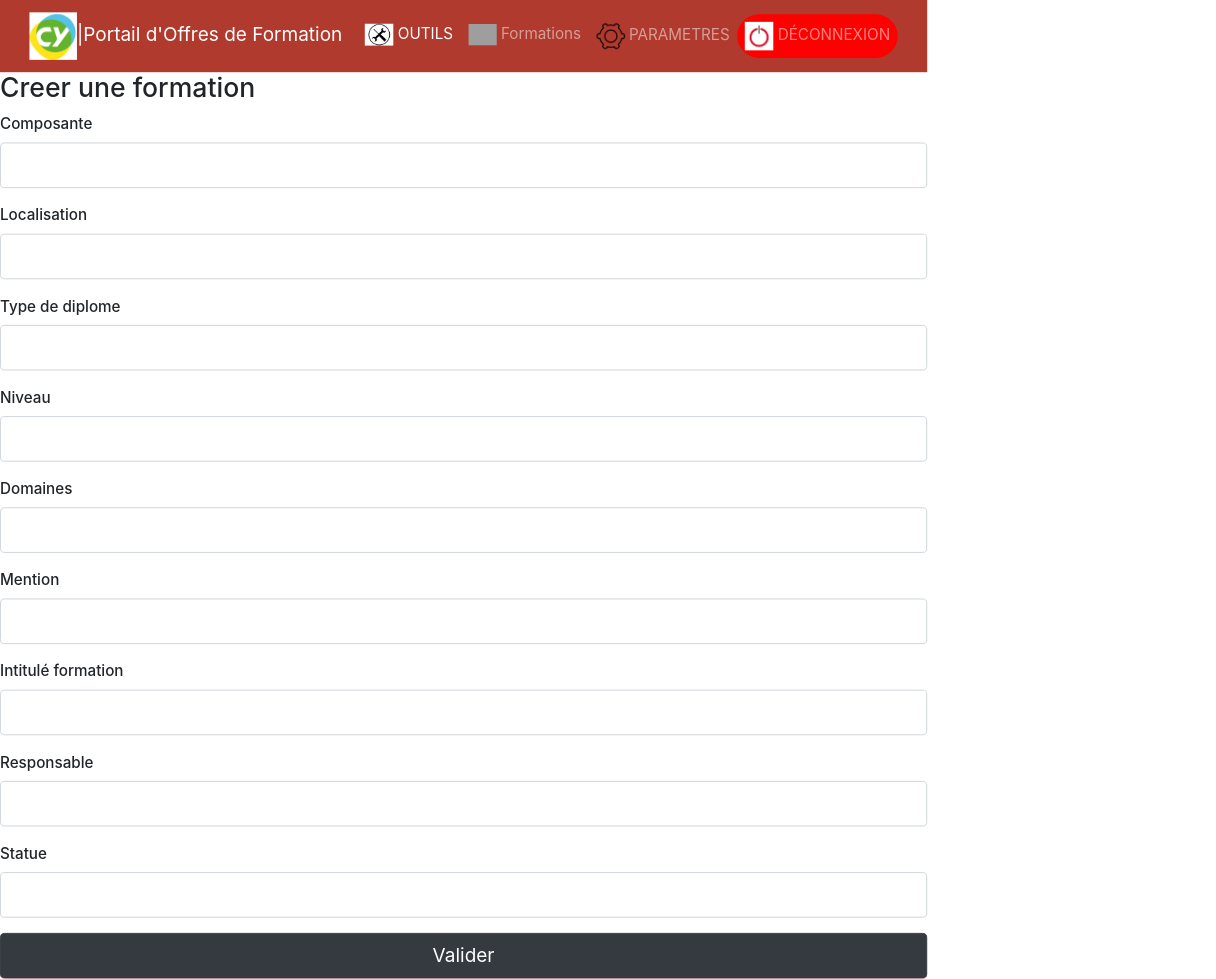
Repository: BaldeThierno1990/Projet-1-formation-tableau-generique-vue-export
Page: / (app in mcc/)
These files come from the project's save history. The page is drawn as it stood at one moment and after the next save; the edit follows.
The browser window is 1280 px wide. The pictures show the whole page, at 95% of full size.
Pictures or frames that could not be fetched are drawn as grey boxes. The project was rebuilt for these pictures with package versions that can differ from the ones it lists, and the page was loaded fresh each time.

Above is the page before, as saved 2021-03-29 11:51:44.

### mcc/src/main.js
import Vue from 'vue'
import App from './App.vue'
import VueRouter from 'vue-router'
//Bootstrap
import 'bootstrap';
import 'bootstrap/dist/css/bootstrap.min.css';
import '@/assets/css/main.css'

Vue.use(VueRouter)

Vue.config.productionTip = false

new Vue({
  render: h => h(App),
}).$mount('#app')

### mcc/src/App.vue
<template>
  <div id="app">
    <v-header></v-header>
   <creat-form></creat-form>

  </div>
</template>

<script>

import VHeader from "./components/menu/VHeader.vue";


import CreatForm from './components/tableau/Creat-form.vue';

export default {
  name: "App",
  components: {
    VHeader,
    CreatForm,


  },
};
</script>

<style>
#app {
  font-family: Avenir, Helvetica, Arial, sans-serif;
  -webkit-font-smoothing: antialiased;
  -moz-osx-font-smoothing: grayscale;
  text-align: center;
  color: #2c3e50;
}
#nav {
  padding: 30px;
}
/*Pour tous les appareils équipés d'écrans et dont la taille est inférieure à 780px*/
@media screen and (max-width: 780px){
    body{
        background-color: #848; /*Violet*/
  }
    .conteneur-flex{
        flex-flow: column wrap;
    }
}

### mcc/src/assets/css/main.css
* {
    box-sizing: border-box;
  }

  body {

    min-height: 100vh;
    display: flex;
    font-weight: 400;
  }

  body,
  html,
  .App,
  .vue-tempalte,
  .vertical-center {
    width: 100%;
    height: 100%;
  }



  .vertical-center {
    display: flex;
    text-align: left;
    justify-content: center;
    flex-direction: column;
  }

  .inner-block {
    width: 450px;
    margin: auto;
    background: #ffffff;
    box-shadow: 0px 14px 80px rgba(34, 35, 58, 0.2);
    padding: 40px 55px 45px 55px;
    border-radius: 15px;
    transition: all .3s;
  }

  .vertical-center .form-control:focus {
    border-color: #2554FF;
    box-shadow: none;
  }

  .vertical-center h3 {
    text-align: center;
    margin: 0;
    line-height: 1;
    padding-bottom: 20px;
  }

  label {
    font-weight: 500;
  }

### mcc/src/components/menu/VHeader.vue
<template>
  <div class="header">
    <!-- Navigation -->
    <nav class="navbar navbar-expand-lg navbar-dark static-top" id="nav">
      <div class="container">
        <a class="navbar-brand" href="#">
          <img src="@/assets/logo.jpg" alt="Logo" width="50" />|Portail d'Offres
          de Formation
        </a>
        <button
          class="navbar-toggler"
          type="button"
          data-toggle="collapse"
          data-target="#navbarResponsive"
          aria-controls="navbarResponsive"
          aria-expanded="false"
          aria-label="Toggle navigation"
        >
          <span class="navbar-toggler-icon"></span>
        </button>
        <div class="collapse navbar-collapse" id="navbarResponsive">
          <ul class="navbar-nav ml-auto">
            <li class="nav-item active">
              <a class="nav-link" href="#">
                <img src="@/assets/icone_outils.jpg" alt="Outils" width="30" />
                OUTILS
                <span class="sr-only">(current)</span>
              </a>
            </li>

            <li class="nav-item">
              <a class="nav-link" href="#"
                ><img
                  src="@/assets/icone_formation.png"
                  alt="Formation"
                  width="30"
                />
                Formations</a
              >
            </li>
            <li class="nav-item">
              <a class="nav-link" href="#"
                ><img
                  src="@/assets/icone_parametre.png"
                  alt="Parametre"
                  width="30"
                />
                PARAMETRES</a
              >
            </li>
            <li class="nav-item">
              <a id="out" class="nav-link" href="#">
                <img
                  src="@/assets/icone_deconnexion.jpeg"
                  alt="Formation"
                  width="30"
                />
                DÉCONNEXION</a
              >
            </li>
          </ul>
        </div>
      </div>
    </nav>
  </div>
</template>
<style>
#nav {
  background-color: #b03a2e;
}
#out {
  background-color: red;
  border-radius: 30px;
}
li a {
  color: white;
}
</style>

### mcc/src/components/tableau/Creat-form.vue
<template>
    <div class="vue-tempalte">
        <form>
            <h3>Creer une formation</h3>

            <div class="form-group">
                <label>Composante</label>
                <input type="text" class="form-control form-control-lg"/>
            </div>

            <div class="form-group">
                <label>Localisation</label>
                <input type="local" class="form-control form-control-lg" />
            </div>

            <div class="form-group">
                <label>Type de diplome</label>
                <input type="diplome" class="form-control form-control-lg" />
            </div>
              <div class="form-group">
                <label>Niveau</label>
                <input type="niveau" class="form-control form-control-lg" />
            </div>
              <div class="form-group">
                <label>Domaines</label>
                <input type="domaine" class="form-control form-control-lg" />
            </div>
              <div class="form-group">
                <label>Mention</label>
                <input type="mention" class="form-control form-control-lg" />
            </div>
              <div class="form-group">
                <label>Intitulé formation</label>
                <input type="intitule" class="form-control form-control-lg" />
            </div>
              <div class="form-group">
                <label>Responsable</label>
                <input type="responsable" class="form-control form-control-lg" />
            </div>
              <div class="form-group">
                <label>Statue</label>
                <input type="statue" class="form-control form-control-lg" />
            </div>

            <button type="submit" class="btn btn-dark btn-lg btn-block">Valider</button>


        </form>
    </div>
</template>

<script>
    export default {
       data() {
    return {
      form: {
        name: null,
        local: null,
        diplome: null,
        niveau: null,
        domaine: null,
        mention: null,
        intitule: null,
        responsable: null,
        statue: null
      }
    };
  },



       methods:{
    checkForm: function (e) {
      if (this.name && this.local && this.diplome && this.niveau && this.domaine && this.mention && this.intitule && this.statue) {
        return true;
      }

      this.errors = [];

      if (!this.name) {
        this.errors.push('Name required.');
      }
      if (!this.local) {
        this.errors.push('local required.');
      }
       if (!this.diplome) {
        this.errors.push('diplome required.');
      }
       if (!this.niveau) {
        this.errors.push('niveau required.');

      }
       if (!this.domaine) {
        this.errors.push('domaine required.');
      }
       if (!this.mention) {
        this.errors.push('Mention required.');
      }
       if (!this.intitule) {
        this.errors.push('Intitulé required.');
      }
       if (!this.statue) {
        this.errors.push('statue required.');
      }

      e.preventDefault();
    }

       }
    }



</script>

Loaded but not shown: mcc/public/index.html (common file)

After the next save:
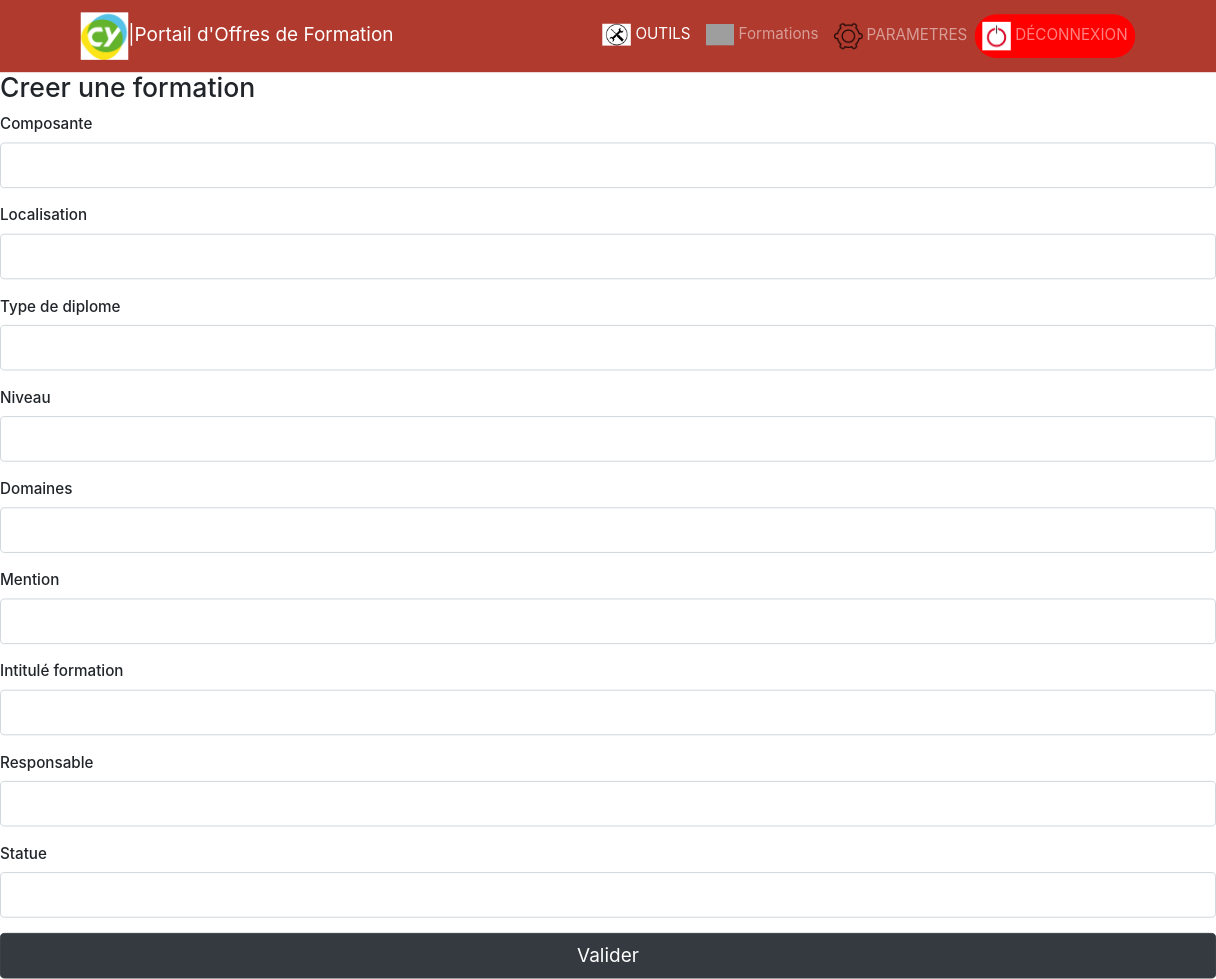
Saved 17 s later.
--- a/mcc/src/assets/css/main.css
+++ b/mcc/src/assets/css/main.css
@@ -2,12 +2,7 @@
     box-sizing: border-box;
   }
 
-  body {
 
-    min-height: 100vh;
-    display: flex;
-    font-weight: 400;
-  }
 
   body,
   html,
